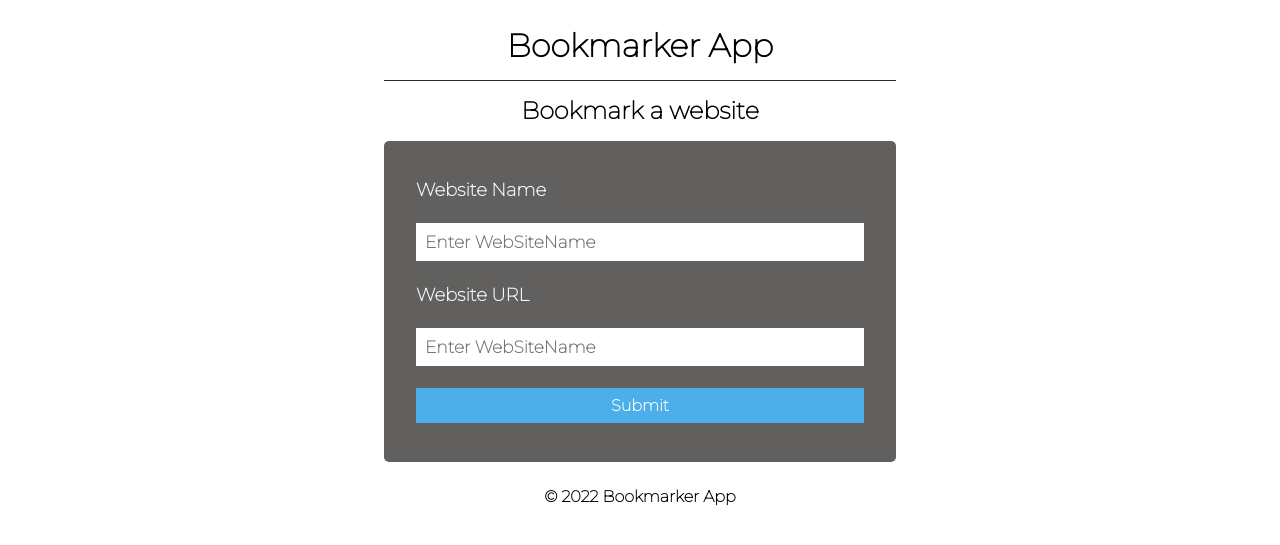
Repository: Suporl9/BookMarkerApp
Page: index.html
These files come from the project's save history. The page is drawn as it stood at one moment and after the next save; the edit follows.
The browser window is 1280 px wide. The pictures show the whole page.

Above is the page before, as saved 2021-11-23 09:17:39.

### index.html
<!DOCTYPE html>
<html lang="en">
  <head>
    <meta charset="UTF-8" />
    <meta http-equiv="X-UA-Compatible" content="IE=edge" />
    <meta name="viewport" content="width=device-width, initial-scale=1.0" />
    <link rel="stylesheet" href="./style.css" />
    <title>Document</title>
  </head>
  <body>
    <div class="container">
      <div class="innerContainer">
        <div class="ininContainer">
          <div class="bookmarkerSection"><h1>Bookmarker App</h1></div>
          <!-- <h1>Bookmarker App</h1> -->
          <div class="vh"></div>
          <div class="formInput">
            <form class="formSec">
              <h2 class="h2class">Bookmark a website</h2>
              <div class="sitesec">
                <label class="labc" name="siteName">Website Name</label>
                <input
                  type="text"
                  name="sitename"
                  placeholder="Enter WebSiteName"
                  class="inpClass"
                />
                <label class="labc" name="siteName">Website URL</label>
                <input
                  type="text"
                  name="sitename"
                  class="inpClass"
                  placeholder="Enter WebSiteName"
                />
                <button class="submBtn">Submit</button>
              </div>
            </form>
          </div>
          <div class="toBeAdded"></div>
          <footer class="footer">
            <p>&copy; 2022 Bookmarker App</p>
          </footer>
        </div>
      </div>
    </div>
    <script src="main.js"></script>
  </body>
</html>

### style.css
@import url("https://fonts.googleapis.com/css2?family=Montserrat:wght@100&display=swap");

:root {
  --main-bg-color: rgb(255, 255, 255);
  --main-grey: rgb(97, 96, 95);
}
* {
  font-family: "Montserrat", sans-serif;
  box-sizing: border-box; /* includes padding in height and width(the box outside doesnot get bigger when adding padding and stuff)*/
  margin: 0;
  padding: 0;
  font-weight: bold;
  border: none;
}
body {
  width: 80%;
  margin: auto;
}
.container {
  font-family: "Montserrat", sans-serif;

  display: flex;
  justify-content: center;
}
.innerContainer {
  /* display: flex;
  flex-direction: column; */
  width: 50%;
  margin: auto;
  /* justify-content: center;
  align-self: center; */
}
.ininContainer {
  display: flex;
  flex-direction: column;
  margin-top: 5%;
  /* align-content: center; */
  /* justify-content: center; */
}
.bookmarkerSection {
  display: flex;
  justify-content: center;
}
.vh {
  border-bottom: 1px solid rgb(43, 42, 42);
  margin-top: 3%;
}
/* .formInput {
  display: flex;
  flex-direction: column;
  justify-content: center;
} */
.h2class {
  align-self: center;
  margin-bottom: 3%;
}
.formSec {
  display: flex;
  flex-direction: column;
  margin-top: 3%;
  /* justify-content: end; */
  /* width: 0%; */
  /* align-content: center; */
}
.sitesec {
  display: flex;
  flex-direction: column;
  background-color: var(--main-grey);
  padding: 1rem 2rem;
  /* padding-bottom: 2rem; */
  border-radius: 5px;
  color: aliceblue;
}
.submBtn {
  margin-top: 5%;
  margin-bottom: 5%;
  padding: 0.5rem;
  color: rgb(255, 255, 255);
  /* font-size: 14px; */
  font-size: 16px;
  font-weight: 900;
  background-color: rgb(76, 175, 233);
}
.inpClass {
  margin-top: 5%;
  padding: 2%;
  outline: none;
  font-size: 17px;
}
.labc {
  margin-top: 5%;
  font-size: 18px;
}
.footer {
  margin-top: 5%;
  align-self: center;
}
/* .formSec,
.sitesec {
  display: flex;
  flex-direction: column;
} */
/* .sitesec {
  display: flex;
  flex-direction: column;
}
 */

### main.js
let button = document.querySelector(".formSec");
button.addEventListener("submit", eventFunctionSubmit);
let input = document.getElementById("inp");
console.log(input);
// const person = {
//   name: "sujan dari",
//   age: 25,
// };
const arrayForData = ["abc", "234"];
function eventFunctionSubmit(e) {
  e.preventDefault();
  // localStorage.setItem("user", JSON.stringify(person));
  // localStorage.setItem("arr", JSON.stringify(arrayForData));
  console.log("it works?");
  console.log(input.value);
}

After the next save:
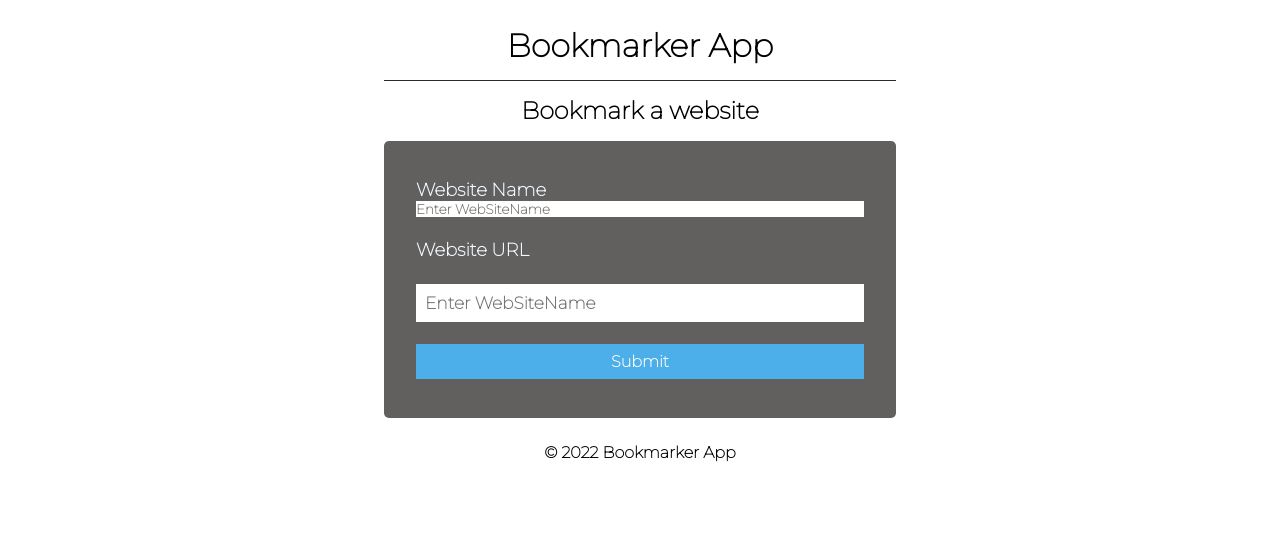
Saved 29 s later.
--- a/index.html
+++ b/index.html
@@ -22,13 +22,14 @@
                 <input
                   type="text"
                   name="sitename"
+                  id="inp"
                   placeholder="Enter WebSiteName"
-                  class="inpClass"
                 />
                 <label class="labc" name="siteName">Website URL</label>
                 <input
                   type="text"
                   name="sitename"
+                  id="inpwdw"
                   class="inpClass"
                   placeholder="Enter WebSiteName"
                 />

After the save that followed:
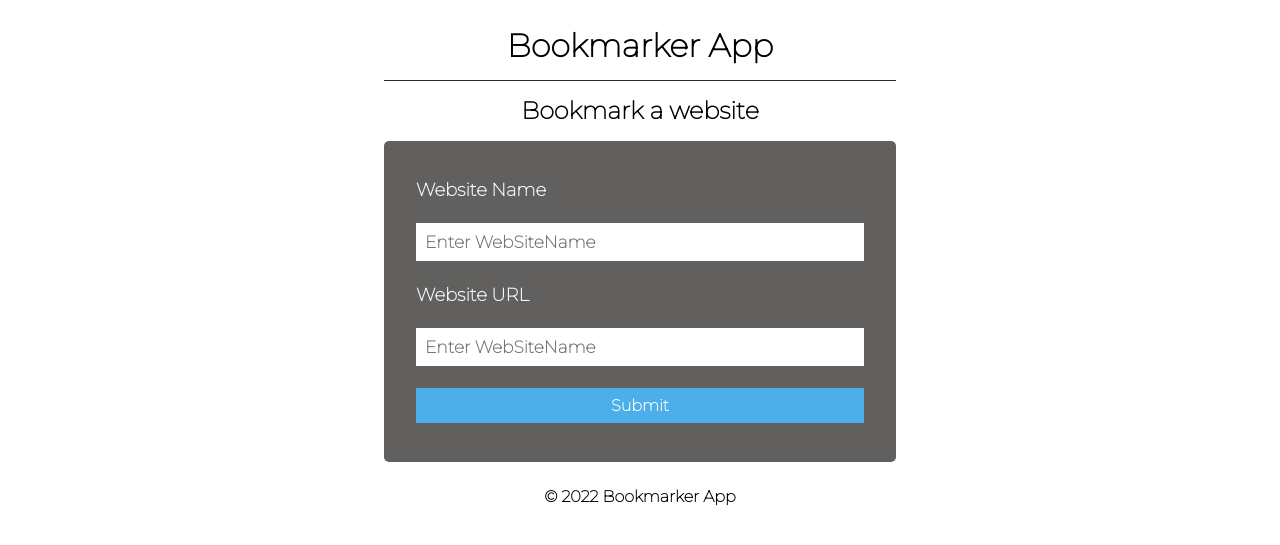
Saved 7 s later.
--- a/index.html
+++ b/index.html
@@ -24,12 +24,13 @@
                   name="sitename"
                   id="inp"
                   placeholder="Enter WebSiteName"
+                  class="inpClass"
                 />
                 <label class="labc" name="siteName">Website URL</label>
                 <input
                   type="text"
                   name="sitename"
-                  id="inpwdw"
+                  id="inp"
                   class="inpClass"
                   placeholder="Enter WebSiteName"
                 />
